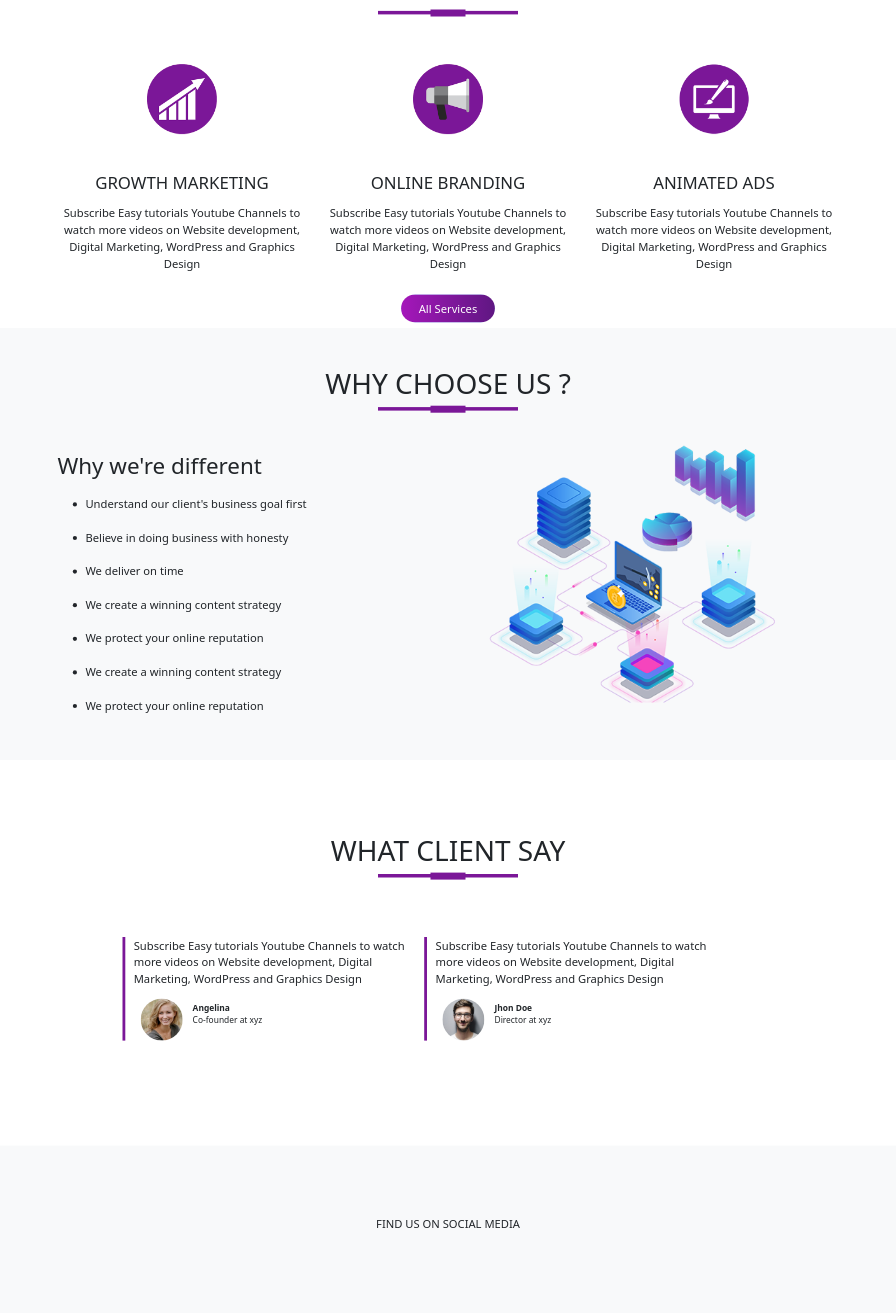
Repository: wadelfadill/Bootstrap_tache_2_website_design
Page: index.html
An editor plug-in stored every save of this project. The page is shown before and after the next save, followed by the edit.
The browser window is 1280 px wide. The pictures show the part of the page from y = 812 to 2732 px (the page is 2688 px tall before and 2732 px after), at 70% of full size.
Some web libraries are served in a nearby version.

Above is the page before, as saved 2023-04-05 18:18:00.

After the next save:
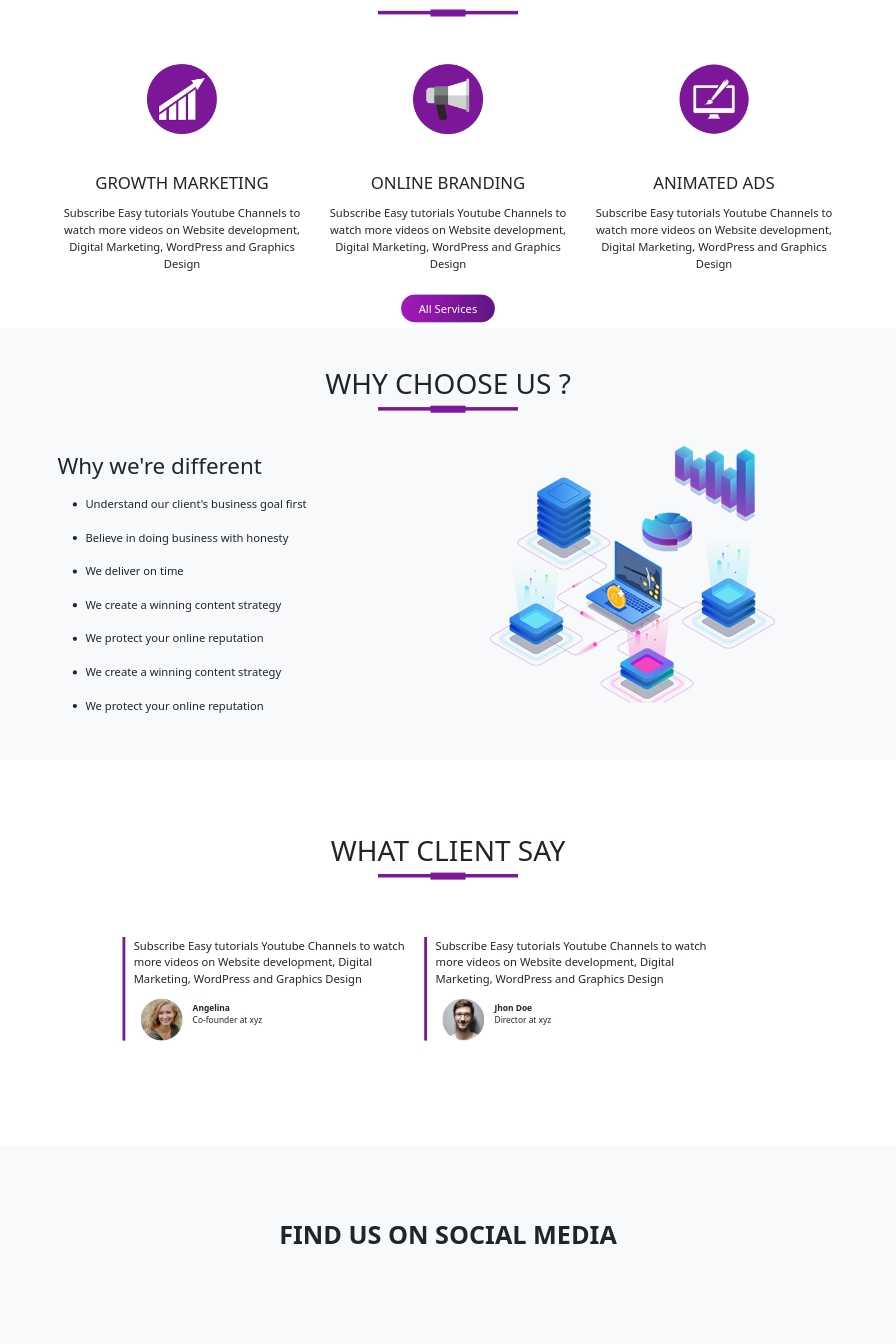
Saved 101 s later.
--- a/style.css
+++ b/style.css
@@ -82,3 +82,9 @@
     background: #f8f9fa;
     padding: 100px 0;
 }
+#social-media p{
+    font-size: 36px;
+    font-weight: 600;
+    margin-bottom: 30px;
+
+}
